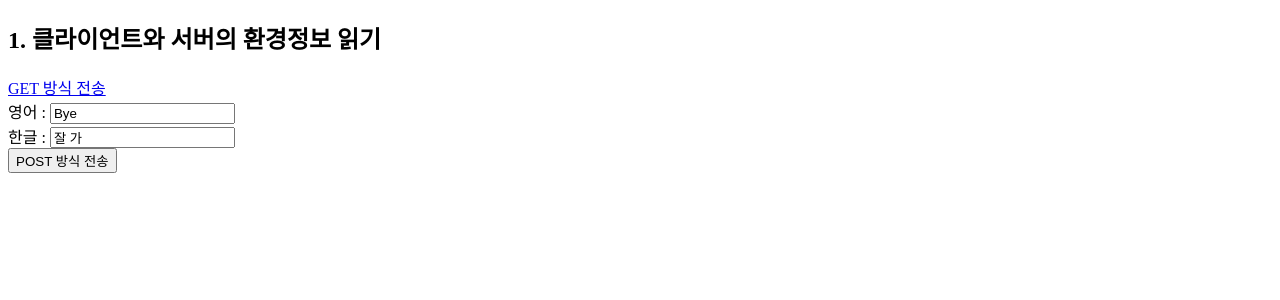
Repository: iamstudybox00/JSP_Servlet
Page: http://localhost/MustHaveJSP/02ImplicitObject/RequestMain.jsp
The author's editor kept a copy of each file at every save. The page is drawn from the files as they stood at one save, then again after the next save.
The browser window is 1280 px wide. The pictures show the whole page.
The page is served by Tomcat 10.

Above is the page before, as saved 2025-05-02 05:48:16.

After the next save:
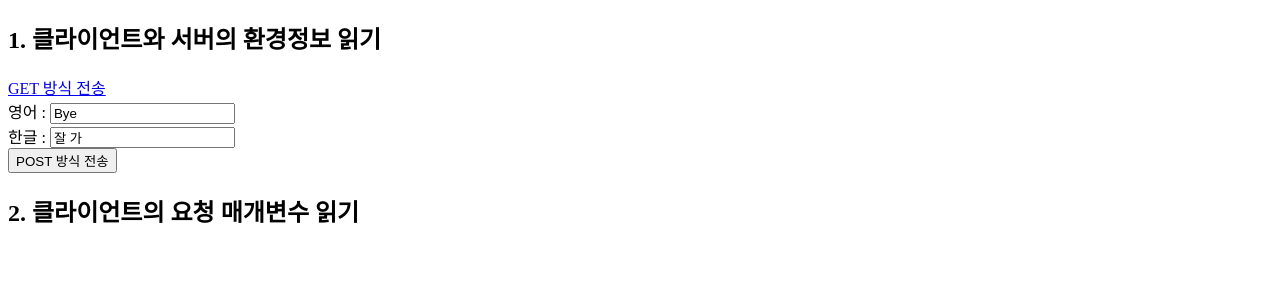
Saved 13 s later.
--- a/MustHaveJSP/src/main/webapp/02ImplicitObject/RequestMain.jsp
+++ b/MustHaveJSP/src/main/webapp/02ImplicitObject/RequestMain.jsp
@@ -18,6 +18,6 @@
 			<input type="submit" value="POST 방식 전송" />
 		</form>
 
-		<h2></h2>
+		<h2>2. 클라이언트의 요청 매개변수 읽기</h2>
 	</body>
 </html>
